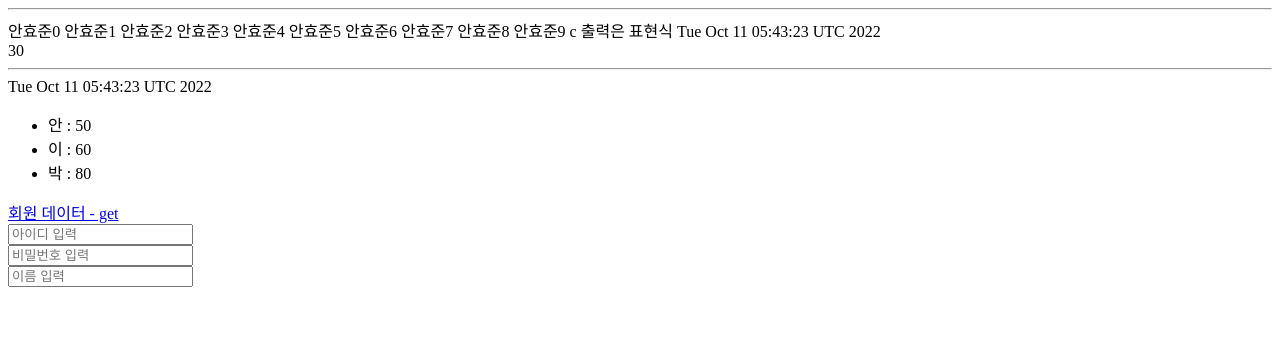
Repository: HyoJun-A/jsp
Page: http://localhost/practice01/
An editor plug-in stored every save of this project. The page is shown before and after the next save, followed by the edit.
The browser window is 1280 px wide. The pictures show the whole page.
The page is served by Tomcat 9.

Above is the page before, as saved 2022-10-11 06:47:19.

After the next save:
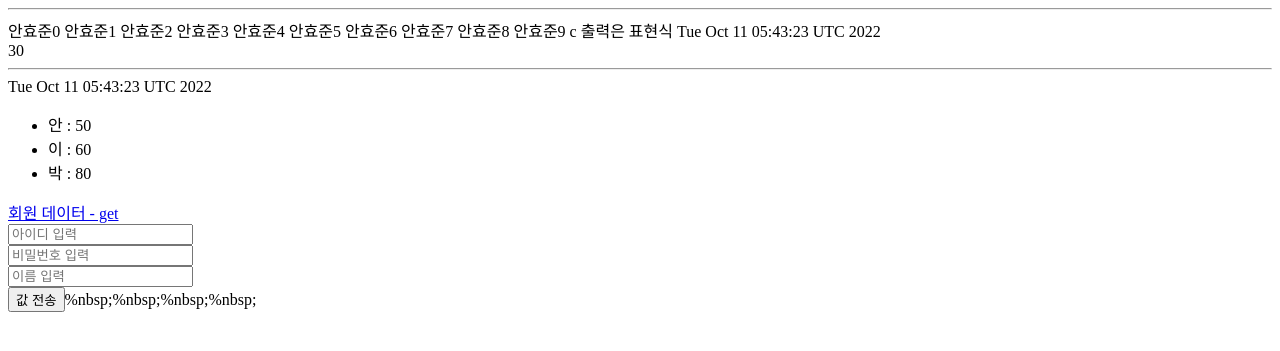
Saved 38 s later.
--- a/practice01/WebContent/index.jsp
+++ b/practice01/WebContent/index.jsp
@@ -55,6 +55,7 @@
 		<input name="id" id="id" placeholder="아이디 입력"><br>
 		<input type="password" name="pw" id="pw" placeholder="비밀번호 입력"><br>
 		<input name="name" id="name" placeholder="이름 입력"><br>
+		<input type="submit" value="값 전송">%nbsp;%nbsp;%nbsp;%nbsp;
 	</form>
 	<div id="msg">
 		<%
